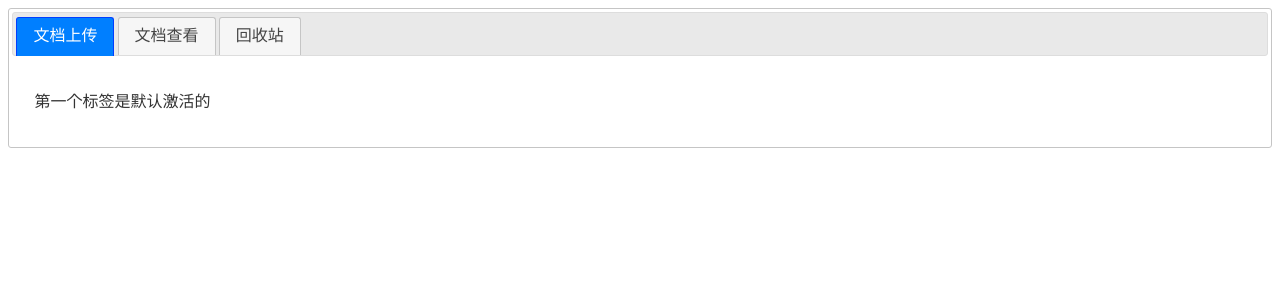
Repository: krzyty/OA_USST
Page: http://localhost/USSTOA/filemanage.jsp
The author's editor kept a copy of each file at every save. The page is drawn from the files as they stood at one save, then again after the next save.
The browser window is 1280 px wide. The pictures show the whole page.
Some web libraries are served in a nearby version. The page is served by Tomcat 9. Nobody is signed in. The application's start-up code is not run.

Above is the page before, as saved 2017-06-29 03:10:13.

After the next save:
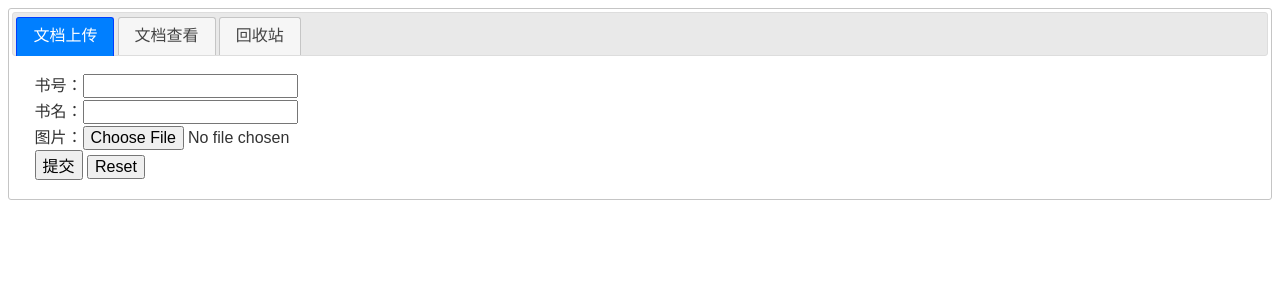
Saved 6 min 4 s later.
--- a/USSTOA/WebContent/filemanage.jsp
+++ b/USSTOA/WebContent/filemanage.jsp
@@ -21,15 +21,18 @@
 <body>
 	<div id="tabs">
 		<ul>
-			<li><a href="#fragment-1"><span>文档上传</span> </a>
-			</li>
-			<li><a href="#fragment-2"><span>文档查看</span> </a>
-			</li>
-			<li><a href="#fragment-3"><span>回收站</span> </a>
-			</li>
+			<li><a href="#fragment-1"><span>文档上传</span> </a></li>
+			<li><a href="#fragment-2"><span>文档查看</span> </a></li>
+			<li><a href="#fragment-3"><span>回收站</span> </a></li>
 		</ul>
 		<div id="fragment-1">
-			<p>第一个标签是默认激活的</p>
+			<form action="../../BookShop/AddBookServlet" method="post"
+				enctype="multipart/form-data">
+				书号：<input type="text" name="bnum"><br> 书名：<input
+					type="text" name="bname"><br> 图片：<input type="file"
+					name="fileName"><br> <input type="submit" value="提交">
+				<input type="reset"><br>
+			</form>
 		</div>
 		<div id="fragment-2">Lorem ipsum dolor sit amet, consectetuer
 			adipiscing elit, sed diam nonummy nibh euismod tincidunt ut laoreet
